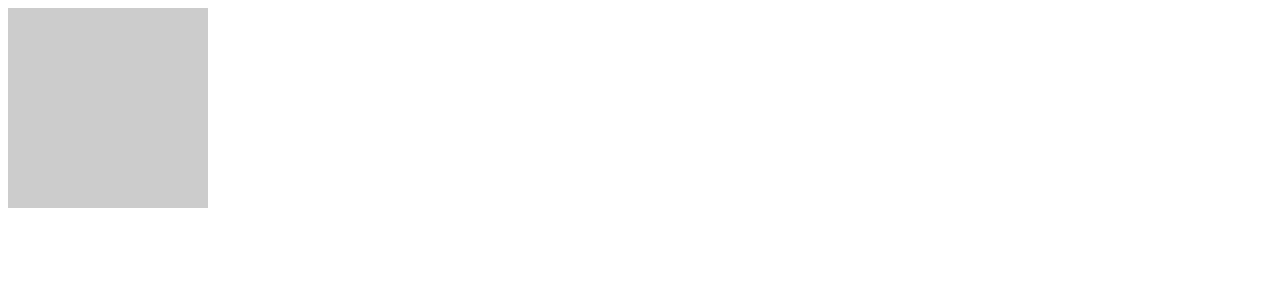
Repository: yaoxin1996/All-kinds-of-practice
Page: html/index.html
These files come from the project's save history. The page is drawn as it stood at one moment and after the next save; the edit follows.
The browser window is 1280 px wide. The pictures show the whole page.
The pointer rests on the first visible `.box`.

Above is the page before, as saved 2022-05-22 10:05:52.

After the next save:
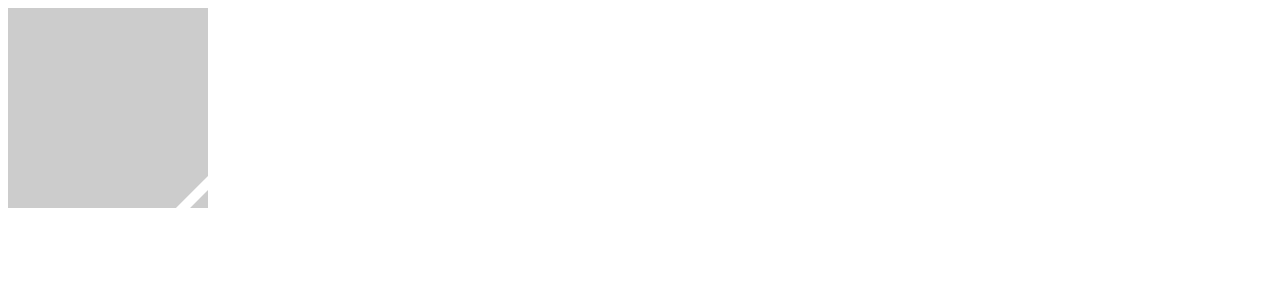
Saved 58 s later.
--- a/html/index.html
+++ b/html/index.html
@@ -27,7 +27,7 @@
     left: -180px;
   }
   .box:hover .inner::after{
-    left: 300px;
+    left: 200px;
   }
 
 </style>

After the save that followed:
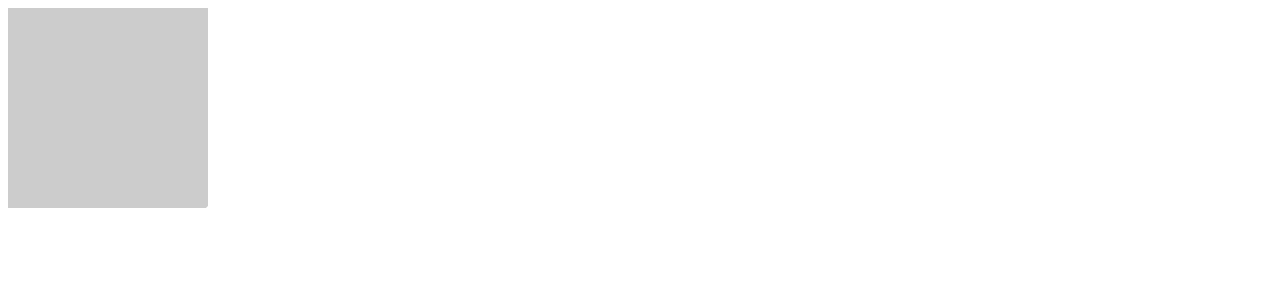
Saved 4 s later.
--- a/html/index.html
+++ b/html/index.html
@@ -27,7 +27,7 @@
     left: -180px;
   }
   .box:hover .inner::after{
-    left: 200px;
+    left: 230px;
   }
 
 </style>
